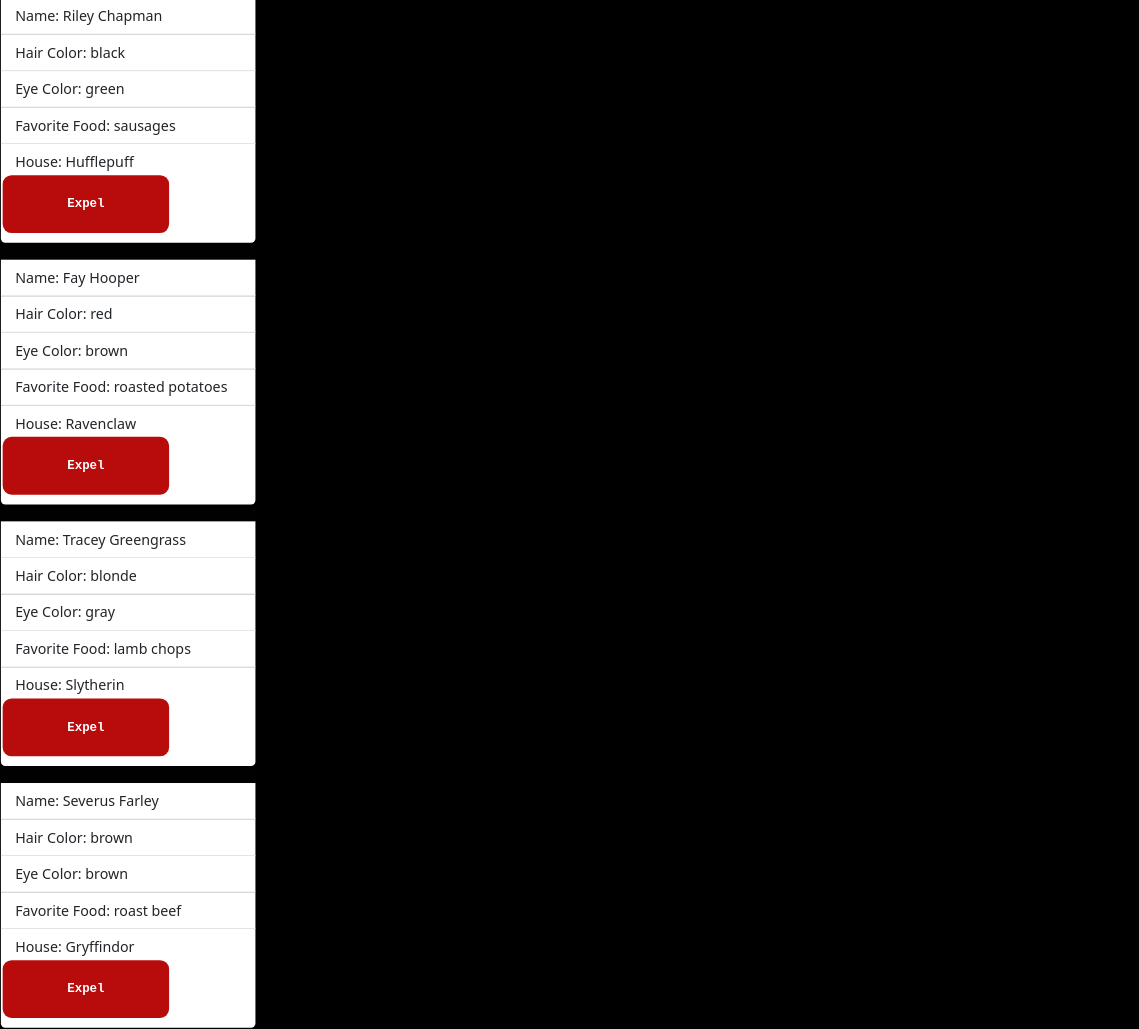
Repository: jontslater/INDIVIDUAL-PROJECT-sorting-hat
Page: index.html
These files come from the project's save history. The page is drawn as it stood at one moment and after the next save; the edit follows.
The browser window is 1280 px wide. The pictures show the part of the page from y = 538 to 1694 px (the page is 1694 px tall before and 1634 px after), at 89% of full size.
A picture or video elsewhere on the page could not be fetched, so the positions and the page height are approximate.

Above is the page before, as saved 2023-10-31 19:06:16.

After the next save:
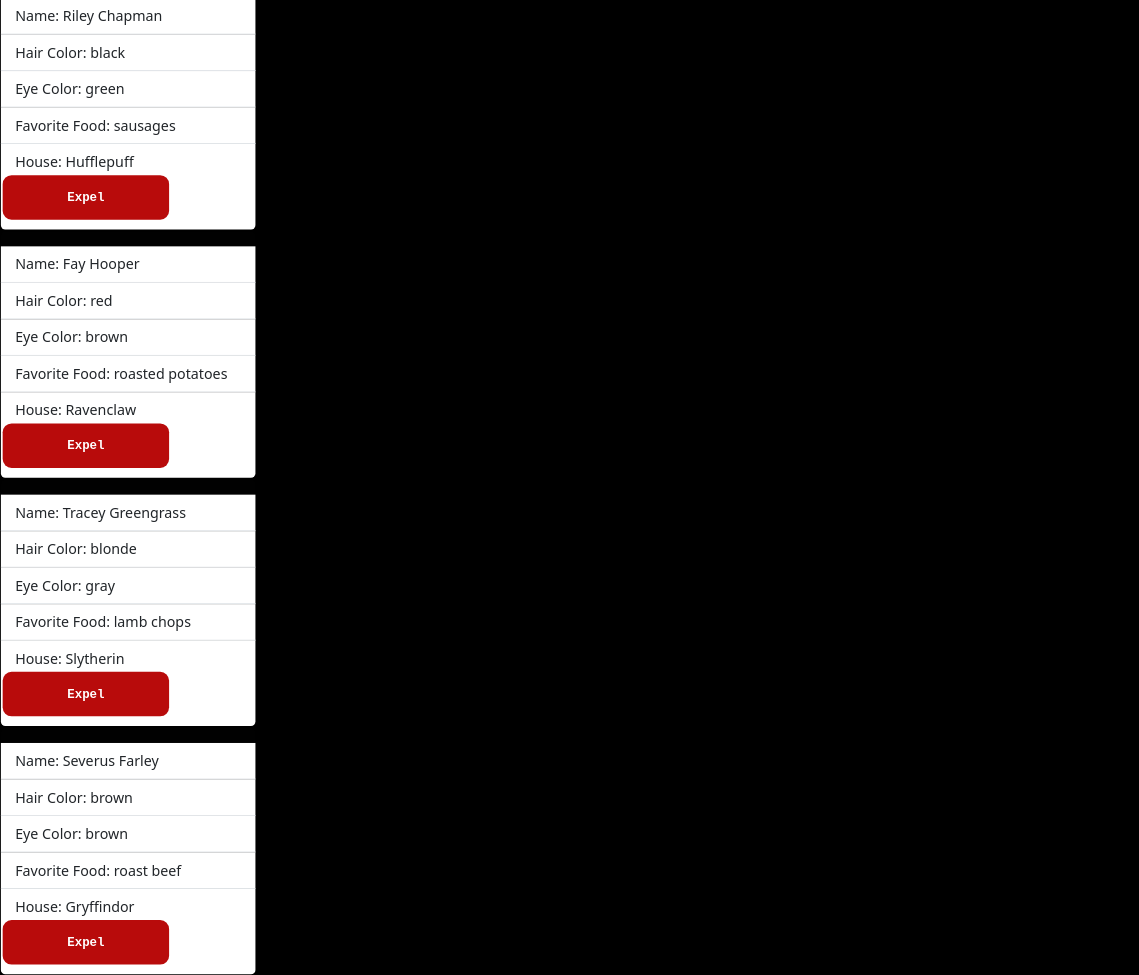
Saved 12 s later.
--- a/main.css
+++ b/main.css
@@ -34,7 +34,7 @@
   margin-bottom: 3px;
   right: 135px;
   width: 187px;
-  height: 65px;
+  height: 50px;
   border: solid black 0px;
   border-radius: 10px;
   color: white;
